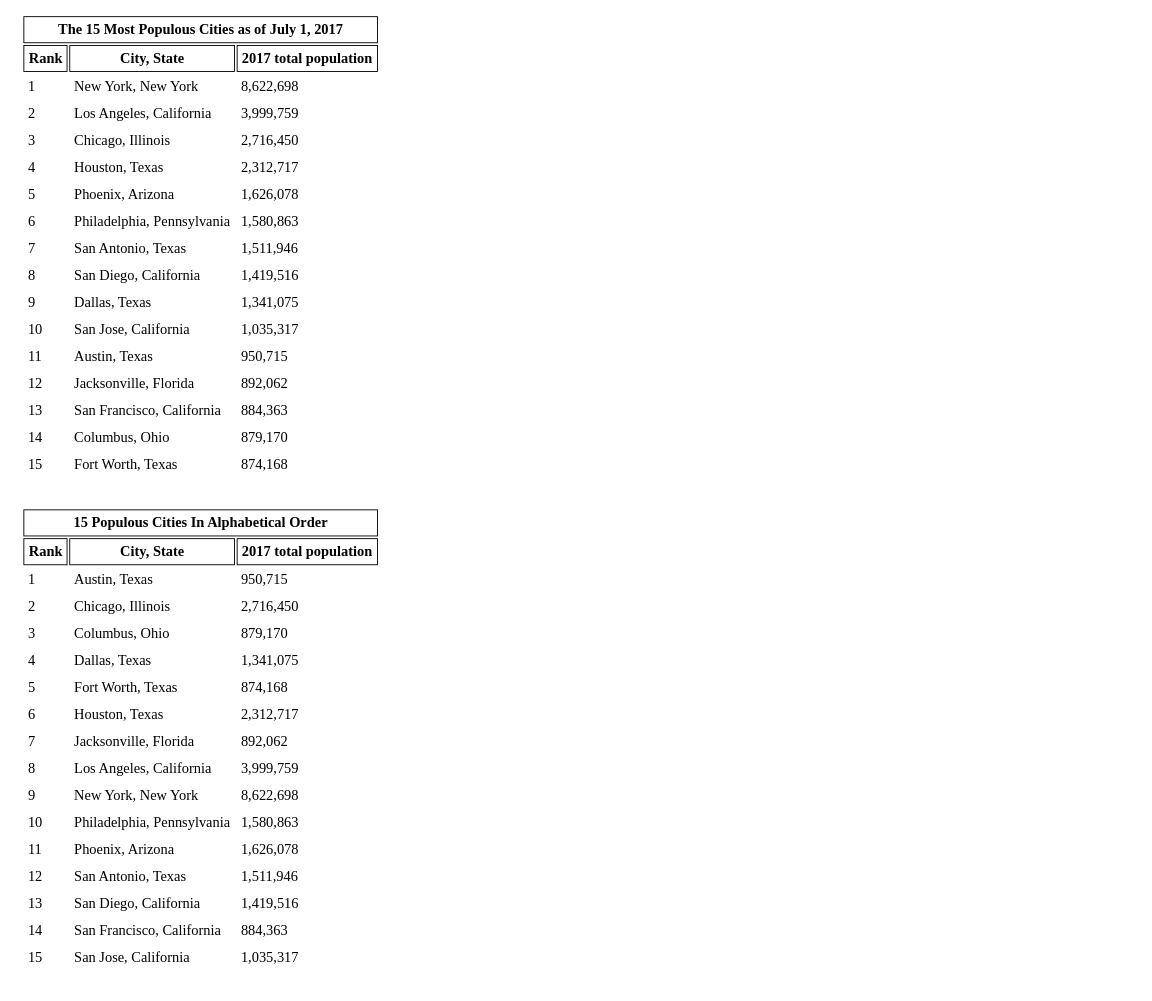
Repository: developergrace/cosw30
Page: http://localhost/homework/homework4/population.php
The author's editor kept a record of every edit. The page is drawn from the files as they stood at one moment, then again after the next edit.
The browser window is 1280 px wide. The pictures show the whole page, at 90% of full size.
The page is run by PHP 8.4 with error messages shown; the project is at /var/www/html/.

Above is the page before.

After the next edit:
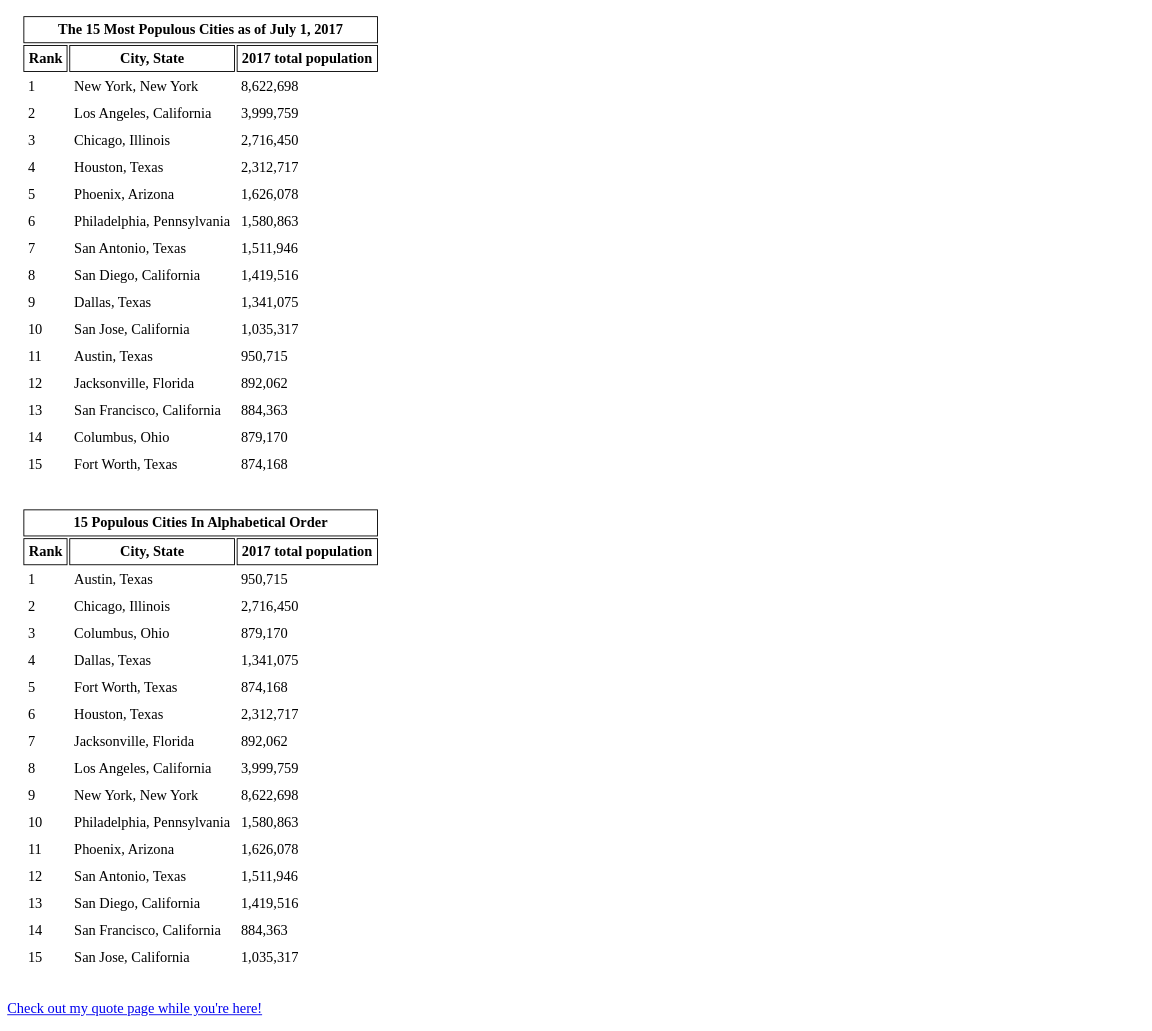
The edit:
--- a/homework/homework4/population.php
+++ b/homework/homework4/population.php
@@ -100,7 +100,7 @@
                 endforeach;
             ?>
         </table>
-
+        <p><a href="https://cosw30-grace.herokuapp.com/homework/homework4/quote.html" target="_blank">Check out my quote page while you're here!</a></p>
 
 
     </body>
